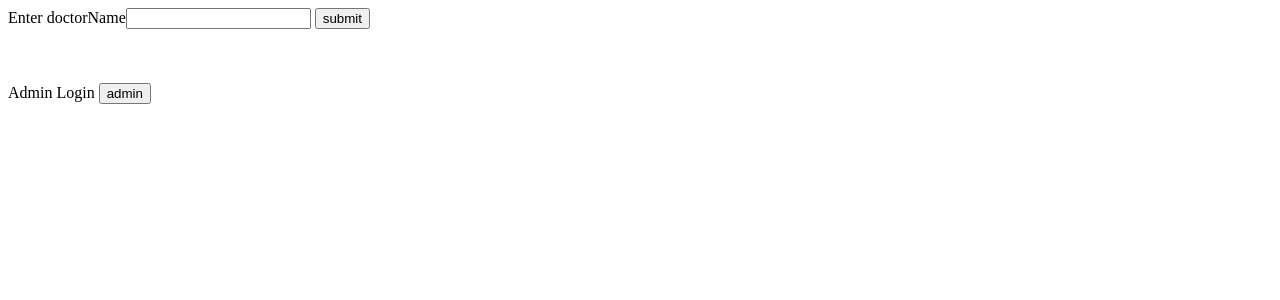
Repository: Kavya-C1/eclipsejava
Page: http://localhost/DoctorAppMaven/
An editor plug-in stored every save of this project. The page is shown before and after a run of saves, followed by the edit.
The browser window is 1280 px wide. The pictures show the whole page.
The page is served by Tomcat 9.

Above is the page before, as saved 2024-03-15 09:20:31.

After the next 2 saves:
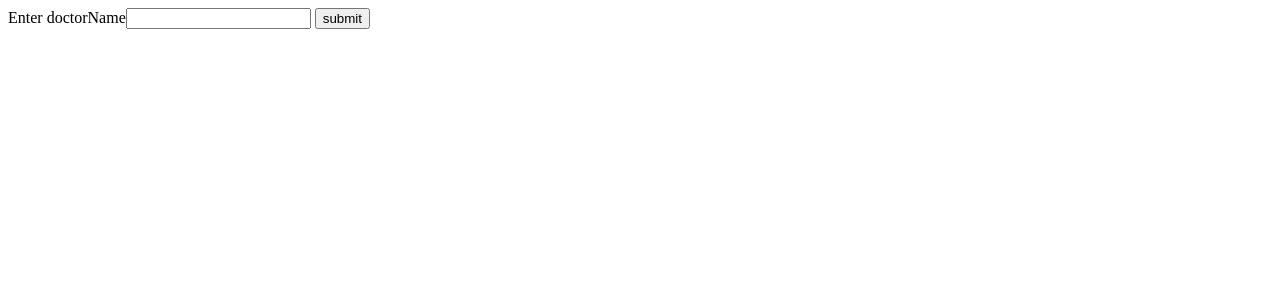
The 2 saves are shown as one change because they came seconds apart.
The last was saved 107 s later.
--- a/DoctorAppMaven/src/main/webapp/index.jsp
+++ b/DoctorAppMaven/src/main/webapp/index.jsp
@@ -15,9 +15,7 @@ Enter doctorName<input type="text" name="doctorName">
 <br><br><br><br>
 
 
-Admin Login
-<input type="submit" value="admin" name="adminDashboard">
-</form>
+<a href=""
 
 </body>
 </html>
